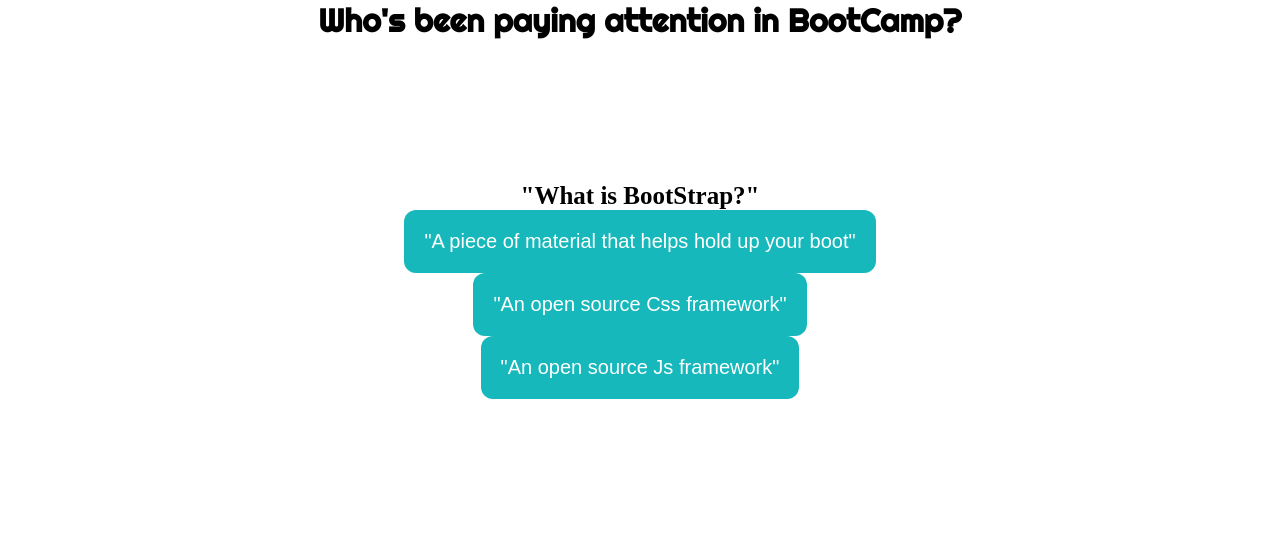
Repository: kkyler24/Quizlet
Page: Quiz.html
These files come from the project's save history. The page is drawn as it stood at one moment and after the next save; the edit follows.
The browser window is 1280 px wide. The pictures show the whole page.
Some web libraries are served in a nearby version.

Above is the page before, as saved 2020-03-16 00:30:53.

### Quiz.html
<!DOCTYPE html>

<html lang="en">

<head>
    <meta charset="UTF-8">
    <meta name="viewport" content="width=device-width, initial-scale=1.0">

    <!-- font family -->
    <link href="https://fonts.googleapis.com/css2?family=Righteous&display=swap" rel="stylesheet">

    <!-- Popper -->
    <script src="https://cdnjs.cloudflare.com/ajax/libs/popper.js/1.12.9/umd/popper.min.js"
        integrity="sha384-ApNbgh9B+Y1QKtv3Rn7W3mgPxhU9K/ScQsAP7hUibX39j7fakFPskvXusvfa0b4Q"
        crossorigin="anonymous"></script>
    <!-- Myfiles -->
    <link rel="stylesheet" type="text/css" href="DevOpsFiles/Style.css">
    <title>Quiz it</title>
</head>

<header>Who's been paying attention in BootCamp?</header>

<!-- Quiz Design -->

<body>
    <div id="timespent" class="time questionDiv"></div>

    <Div class="flex-container">
        <div id="questionBoxOne" class="row" style="display: block;">
            <div class="col-md-6 col-sm-3 questionDiv">
                "What is BootStrap?"
                <div class="col-8 col-sm-6 answerA">
                    <button type="button" class="button">"A piece of material that helps hold up your
                        boot"
                    </button>
                </div>
                <div class="col-8 col-sm-6 answerA correct">
                    <button type="button" class="button">"An open source Css
                        framework"</button>
                </div>
                <div class="col-8 col-sm-6 answerA">
                    <button type="button" class="button">"An open source Js framework"</button>
                </div>
            </div>
        </div>

        <div id="questionBoxTwo" class="row" style="display: none;">
            <div class="col-md-6 col-sm-3 questionDiv">
                "Javascript is to muscles as HTML is to...?"
            </div>
                <div class="col-8 col-sm-6 answerB correct">
                    <button type="button" class="button"> IceCream"</button>
                </div>
                <div class="col-8 col-sm-6 answerB">
                    <button type="button" class="button">"Skin"</button>
                </div>
                <div class="col-8 col-sm-6 answerB">
                    <button type="button" class="button">"Skeleton"</button>
                </div>
            </div>


        <div id="questionBoxThree" class="row" style="display: none;">
            <div class="col-md-6 col-sm-3 questionDiv">
                "What does HTML stand for?"
                <div class="row">

                    <div class="col-8 col-sm-6 answerC">
                        <button type="button" class="button">"Home Tools Mark-up language" </button>

                        <div class="col-8 col-sm-6 answerC">
                            <button type="button" class="button"> "Hyper-text Mark down language "</button>

                            <div class="col-8 col-sm-6 answerC">
                                <button type="button" class="button">"Hyper-text Mark up language
                                    "</button>
                            </div>
                        </div>
                    </div>
                </div>
            </div>
        </div>

        <div id="questionBoxFour" class="row" style="display: none;">
            <div class="col-md-6 col-sm-3 questionDiv">
                "What is BootStrap?"
                <div class="row">

                    <div class="col-8 col-sm-6 answerD">
                        <button type="button" class="button">"A piece of material that helps hold
                            up your boot" </button>

                        <div class="col-8 col-sm-6 answerD">
                            <button type="button" class="button">"An open source Css
                                framework"</button>

                            <div class="col-8 col-sm-6 answerD">
                                <button id="D" type="button" class="button">"An open source Js
                                    framework"</button>
                            </div>
                        </div>
                    </div>
                </div>
            </div>
        </div>
    </Div>

    <script src="https://code.jquery.com/jquery-3.4.1.js"></script>
    <script src="DevOpsFiles/Java.js"></script>
</body>

</html>

### DevOpsFiles/Style.css
body{
    margin: auto;
    text-align: center;
    background-image: image();
  }

.flex-container {
    display: flex;
    height: 500px;
    justify-content: center;
    align-items: center;
    flex-direction: column;
  }

header{
font-family: "Righteous", cursive;
font-size: xx-large;
font-weight: bolder;

  }

#secLeft {
  position: absolute;
  top: 0.1%;
  display: block;
}

#questionBoxOne {
  position: absolute;

}

#questionBoxTwo {
  position: absolute;

}

#questionBoxThree {
  position: absolute;

}

#questionBoxFour {
  position: absolute;

}
.questionDiv{
  font-size: 25px;
  font-weight: bold;

}

.button{
background-color: rgb(22, 184, 187);
padding: 20px;
border-radius: 12px;
border: none;
color: white;
font-family:Arial, Helvetica, sans-serif;
font-size: 20PX;
}

.time{
  float: right;
  border: none;
  height: 300px;
  width: fit-content;
  text-align: center;
  font-size: 40px;
  font-weight: bold;
  color: black;
}

.startButton{
  text-align: center;
  margin-top: 25%;
}

### DevOpsFiles/Java.js

var startTime;

function display() {
    // later record end time
    var endTime = new Date();

    // time difference in ms
    var timeDiff = endTime - startTime;

    // strip the miliseconds
    timeDiff /= 1000;

    // get seconds
    var seconds = Math.round(timeDiff % 60);

    // remove seconds from the date
    timeDiff = Math.floor(timeDiff / 60);

    // get minutes
    var minutes = Math.round(timeDiff % 60);

    // remove minutes from the date
    timeDiff = Math.floor(timeDiff / 60);

    // get hours
    var hours = Math.round(timeDiff % 24);

    // remove hours from the date
    timeDiff = Math.floor(timeDiff / 24);

    // the rest of timeDiff is number of days
    var days = timeDiff;

    $(".time").text(minutes + ":" + seconds);
    setTimeout(display, 1000);
}

$(".answerA").click(function () {
    startTime = new Date();
    setTimeout(display, 1000);
});

//   function stopTimer() {
//     secondsElapsed = 0;
//     formatTime();
//   }
//   function startTimer() {
//     if (totalSeconds > 0) {
//       secondsElapsed = 0;
//       timer = setInterval(function () {
//         secondsElapsed++;
//         formatTime();
//       }, 1000);
//     }
//     formatTime();
//   }
// };

// ---Score Code---
var totalScore = [];

function getSum(total, num) {
  return total + Math(num);
}
function myFunction(item) {
  document.getElementById("stats").innerHTML = totalScore.reduce(getSum, 0);
}



// Questions Object
var Quests = [
  {
    Q1: {
      Question: "What is BootStrap?",
      answers: ["A piece of material that helps hold up your boot", "An open source Css framework", "An open source JS framework"],
      answersCorrect: [1]

    },

    Q2: {
      Question: "HTML is to Skeleton as Javascript is to...?",
      answers: ["Muscles", "Skin", "Coffee"],
      answersCorrect: [0]
    },

    Q3: {
      Question: "What does HTML stand for?",
      answers: ["A piece of material that helps hold up your boot", "An open source Css framework", "An open source JS framework"],
      answersCorrect: [3]
    },

    Q4: {
      Question: "What is BootStrap?",
      answers: ["A piece of material that helps hold up your boot", "An open source Css framework", "An open source JS framework"],
      answersCorrect: [2]
    }
  }];


// -->Get faded code<--

var fadeOut = $(".answerA").on("click", function () {
  $("#questionBoxOne").fadeOut(2500, function () {
    $(this).remove();
  })
});

$(".answerA").on("click", function () {
  $("#questionBoxTwo").fadeIn(3600, function () {
  })
});

$('.answerB').on('click', function () {
  $("#questionBoxTwo").fadeOut(2500, function () {
    $(this).remove();
  })
});

$(".answerB").on("click", function () {
  $("#questionBoxThree").fadeIn(3600, function () {

  })
});

$('.answerC').on('click', function () {
  $("#questionBoxThree").fadeOut(2500, function () {
    $(this).remove();
  })
});

$(".answerC").on("click", function () {
  $("#questionBoxFour").fadeIn(3500, function () {
  })
});

$('.answerD').on('click', function () {
  $("#questionBoxFour").fadeOut(2500, function () {
    $(this).remove();
  })
});

$(".answerD").on("click", function () {
    $("#stats").slideDown(3500, function () {
    })
  });

//
// var aBBox = document.getElementsByClassName("col-8 col-sm-6 answerB");
// aBBox.


// done.addEventListener("event", function(){
// $(".answerb").on("event", function(){
//   $("#questionBoxTwo").fadeOut(2000,function(){
//     $(this).remove();
// })});



//
// $("#questionBoxTwo").fadeIn(1000,function())

// fade in after (this).remove has been completed
// var buttonCheck = document.getElementsByClassName("button");
// var totalScore = "";

// button listener



// Check the buttons for correct class
// // for ( var i = 0; i > flex-container.lenght; i++) {
// //   $("button").on("click", function(){
// //     if (buttonCheck.click === button.correct){
// //         totalScore = totalScore + 25;
// //     }
// //     else {secondsElapsed + 1500};
//   }
// )}

After the next save:
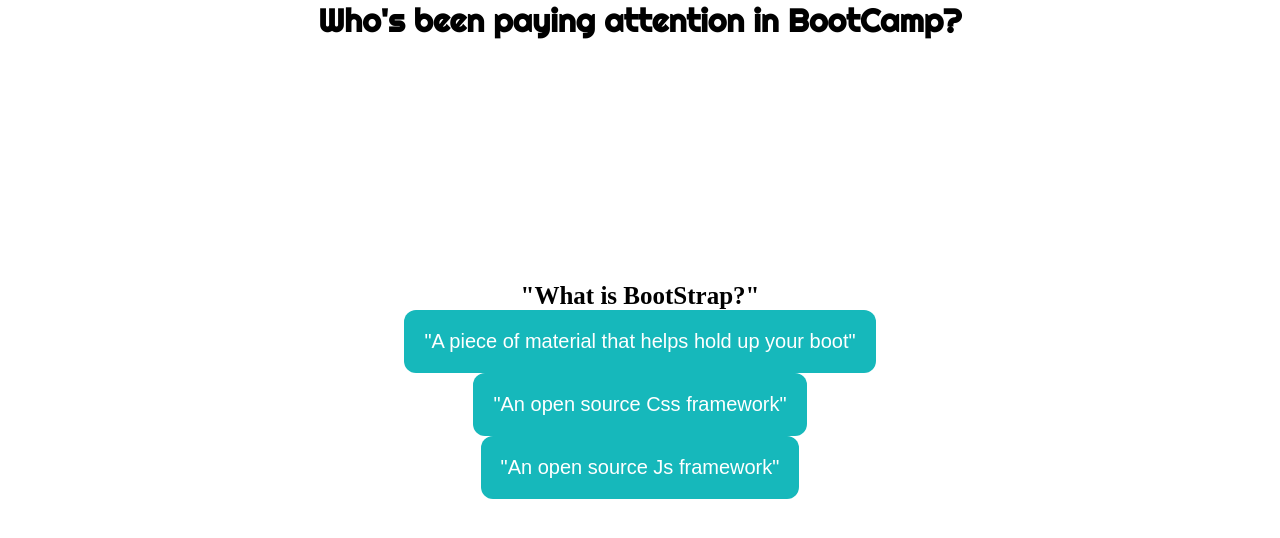
Saved 3 s later.
--- a/DevOpsFiles/Style.css
+++ b/DevOpsFiles/Style.css
@@ -60,18 +60,14 @@
 font-size: 20PX;
 }
 
-.time{
-  float: right;
+#timespent{
+  float: middle ;
   border: none;
-  height: 300px;
-  width: fit-content;
+  height: 100px;
   text-align: center;
-  font-size: 40px;
-  font-weight: bold;
-  color: black;
 }
 
-.startButton{
+#startButton{
   text-align: center;
-  margin-top: 25%;
+  margin-top: 50px;
 }

After the save that followed:
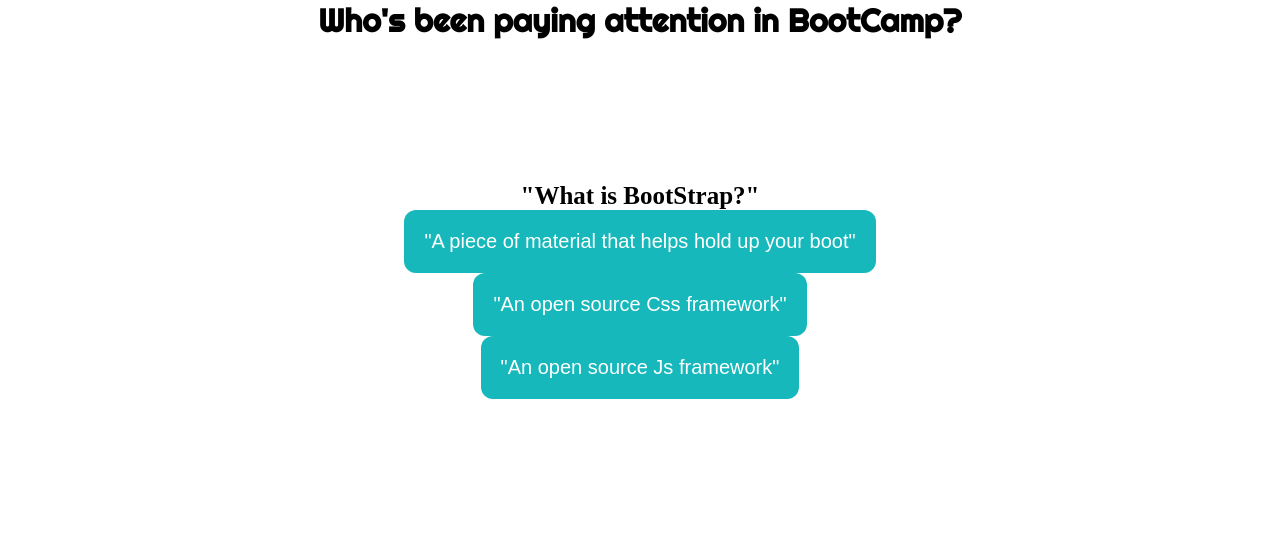
Saved 22 s later.
--- a/DevOpsFiles/Style.css
+++ b/DevOpsFiles/Style.css
@@ -61,7 +61,7 @@
 }
 
 #timespent{
-  float: middle ;
+  float: left ;
   border: none;
   height: 100px;
   text-align: center;
